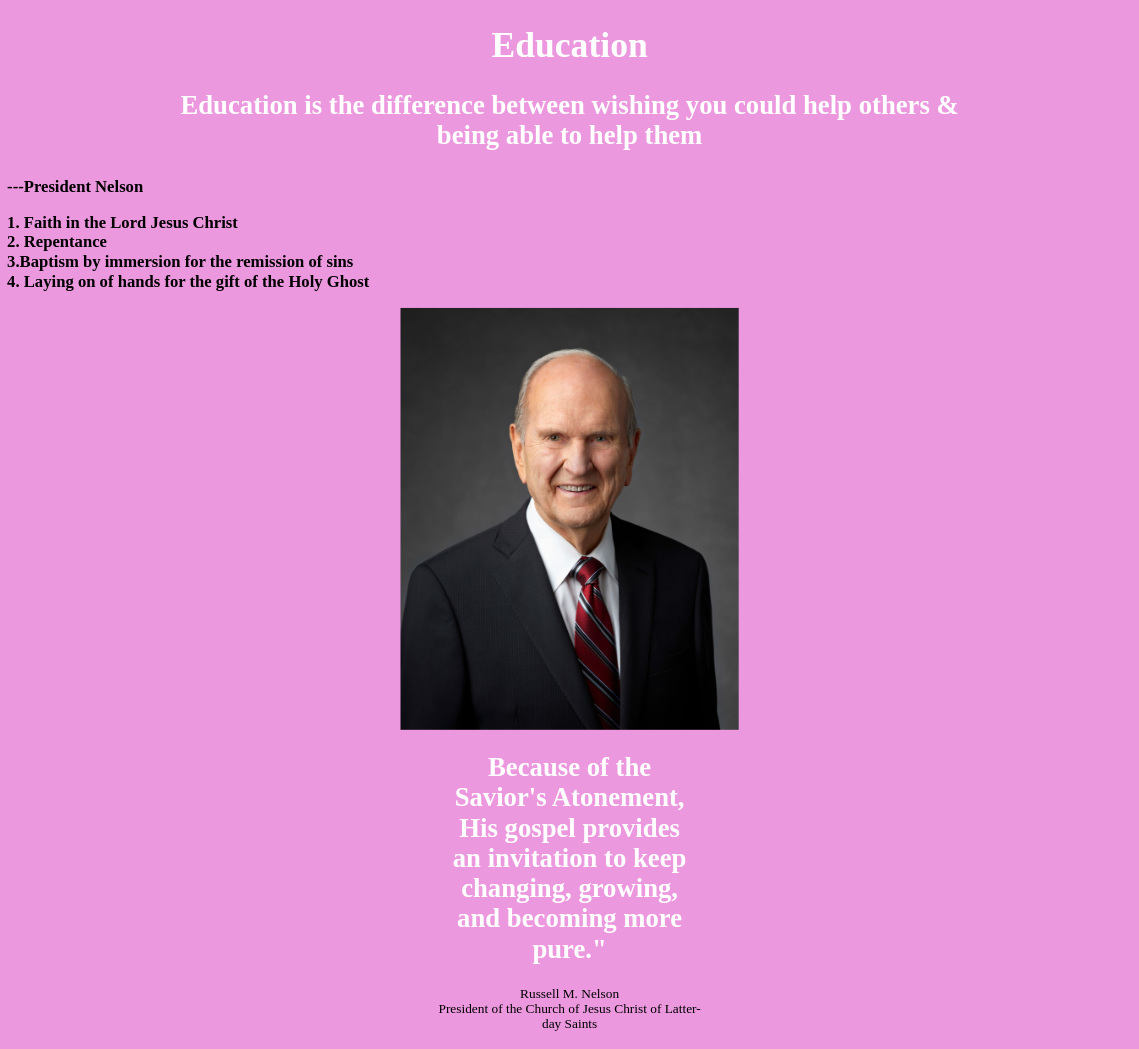
Repository: mszakutumela/wdd130
Page: W04_Challenge/index.html
An editor plug-in stored every save of this project. The page is shown before and after the next save, followed by the edit.
The browser window is 1280 px wide. The pictures show the whole page, at 89% of full size.

Above is the page before, as saved 2023-06-05 12:51:31.

### W04_Challenge/index.html
<!DOCTYPE html>
<html lang="en">
<head>
    <title>W04 Challenge</title>
    <link rel="stylesheet" href="styles/styles.css" />
</head>
<body>
    <main>
        <h1>Education</h1>
        <h2>Education is the difference between wishing you could help others & <br>
            being able to help them</P>
        <h3>---President Nelson</p>
        <p> 1. Faith in the Lord Jesus Christ <br>
            2. Repentance <br>
            3.Baptism by immersion for the remission of sins <br>
            4. Laying on of hands for the gift of the Holy Ghost</p>
        <img alt="Image of President Nelson" src="images/russell_nelson_official_portrait_2018.jpeg">
        <h2>Because of the <br>
            Savior's Atonement, <br>
            His gospel provides <br>
            an invitation to keep <br>
            changing, growing, <br>
            and becoming more <br>
            pure."</h2>
    </main>
    <footer>
        <p>Russell M. Nelson <br>
            President of the Church of Jesus Christ of Latter- <br>
            day Saints</p>
    </footer>

</body>
</html>

### W04_Challenge/styles/styles.css
body {
    /* text-align: center; */
    background-color: rgb(235, 152, 222);
    }
img {
    width: 30%;
    display: block;
    margin: 0 auto;
}
h1 {
    color: white;
    text-align: center;
    font-size: 40px;
}
p1 {
    color: white;
    text-align: right;
}
p2 {
    color: white;
    text-align: center;
}
p3 {
    color: black;
    /* text-align: center;   */
}
h2 {
    color: white;
    text-align: center;
    font-size: 30px;
}
footer p {
    font-size: 15px;
    margin: 20px auto;
    text-align: center;
}
}

After the next save:
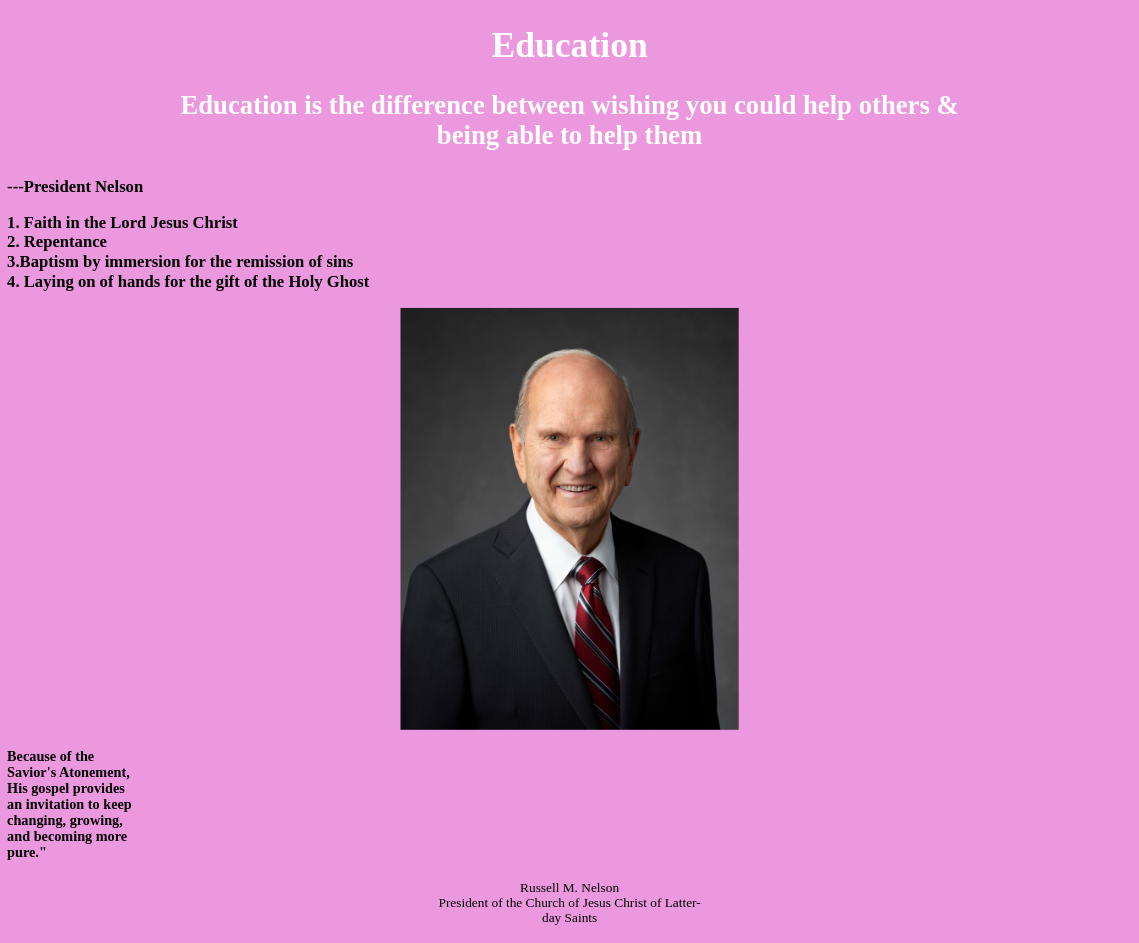
Saved 6 s later.
--- a/W04_Challenge/index.html
+++ b/W04_Challenge/index.html
@@ -15,7 +15,7 @@
             3.Baptism by immersion for the remission of sins <br>
             4. Laying on of hands for the gift of the Holy Ghost</p>
         <img alt="Image of President Nelson" src="images/russell_nelson_official_portrait_2018.jpeg">
-        <h2>Because of the <br>
+        <h4>Because of the <br>
             Savior's Atonement, <br>
             His gospel provides <br>
             an invitation to keep <br>
